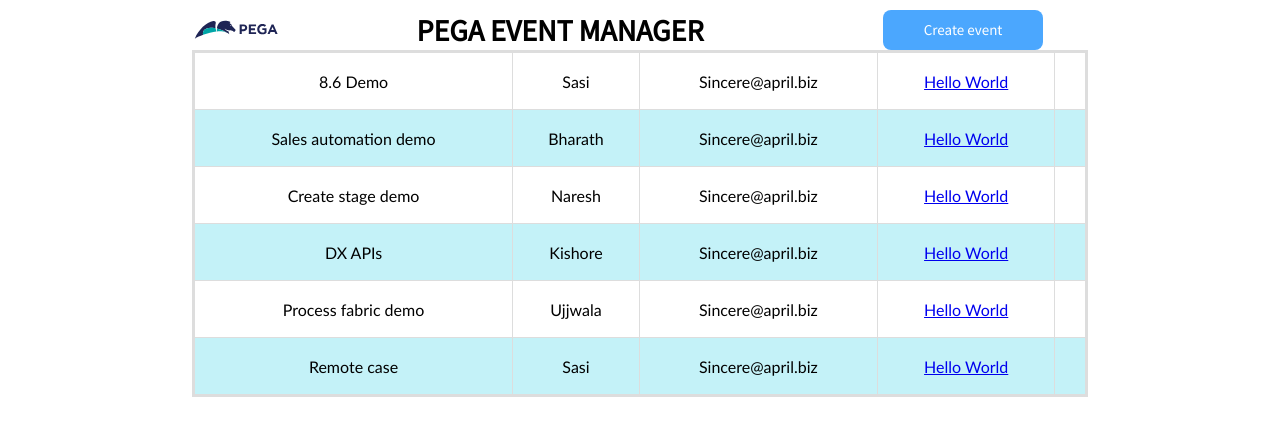
Repository: SasiVeeramachaneni/eventmanager
Page: /
The author's editor kept a copy of each file at every save. The page is drawn from the files as they stood at one save, then again after the next save.
The browser window is 1280 px wide. The pictures show the whole page.
The project was rebuilt for these pictures with package versions that can differ from the ones it lists, and the page was loaded fresh each time. Also part of the build but not shown: src/Card.js.

Above is the page before, as saved 2020-09-02 13:27:36.

After the next save:
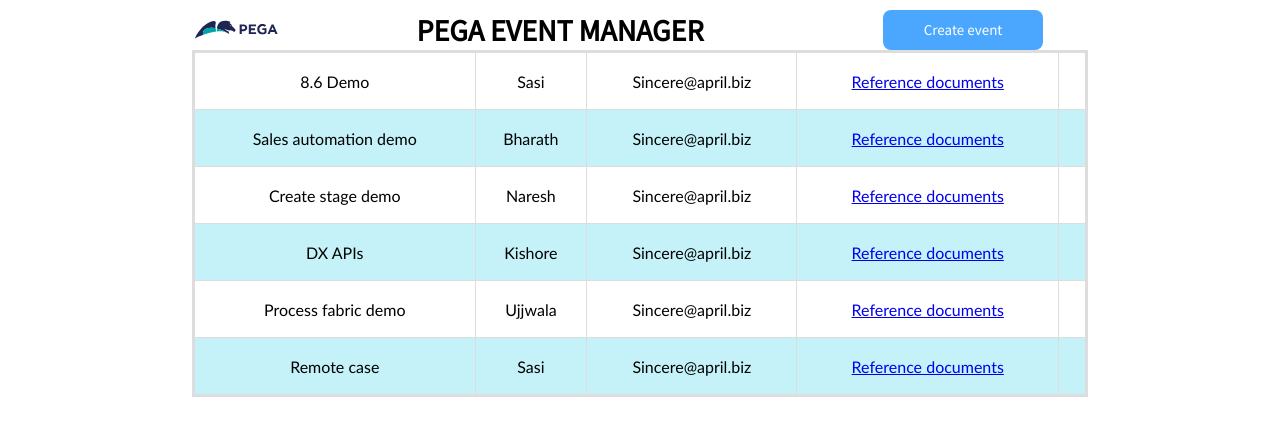
Saved 50 s later.
--- a/src/Events.js
+++ b/src/Events.js
@@ -85,15 +85,15 @@
 
     renderTableData() {
       return this.state.students.map((student, index) => {
-         const { id, name, username, email, subscribe } = student //destructuring
+         const { id, name, username, email, document, subscribe } = student //destructuring
          return (
             <tr key={id}>
                <td>{name}</td>
                <td>{username}</td>
                <td>{email}</td>
                <td>
-                  <a href="http://example.com">
-                  Hello World
+                  <a href={document}>
+                  Reference documents
                   </a>
                 </td>
                <td>{subscribe}</td>
